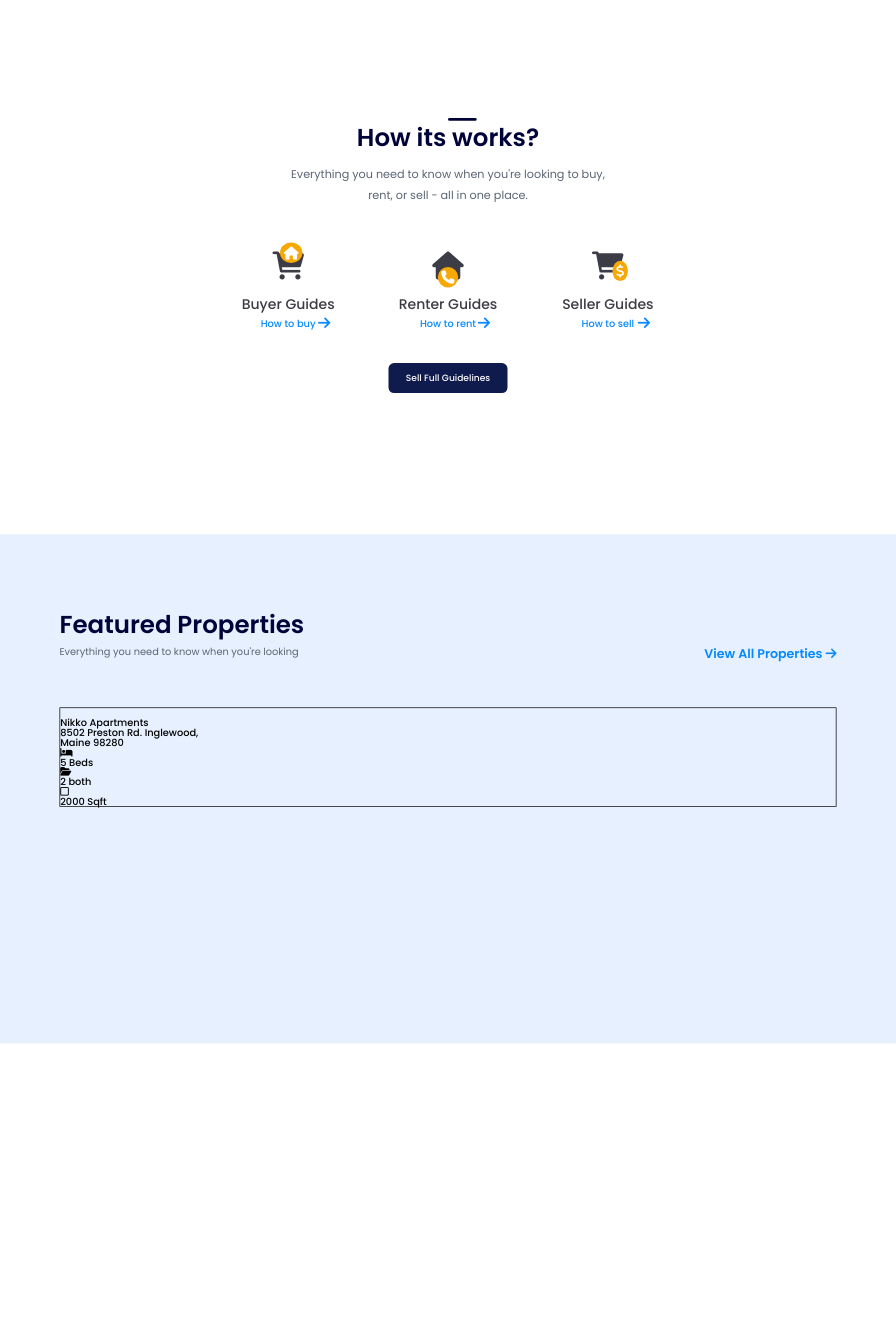
Repository: kauittt/f8-htmlcss-01
Page: index.html
The author's editor kept a copy of each file at every save. The page is drawn from the files as they stood at one save, then again after the next save.
The browser window is 1280 px wide. The pictures show the part of the page from y = 991 to 2911 px (the page is 2911 px tall), at 70% of full size.

Above is the page before, as saved 2023-01-01 10:38:53.

After the next save:
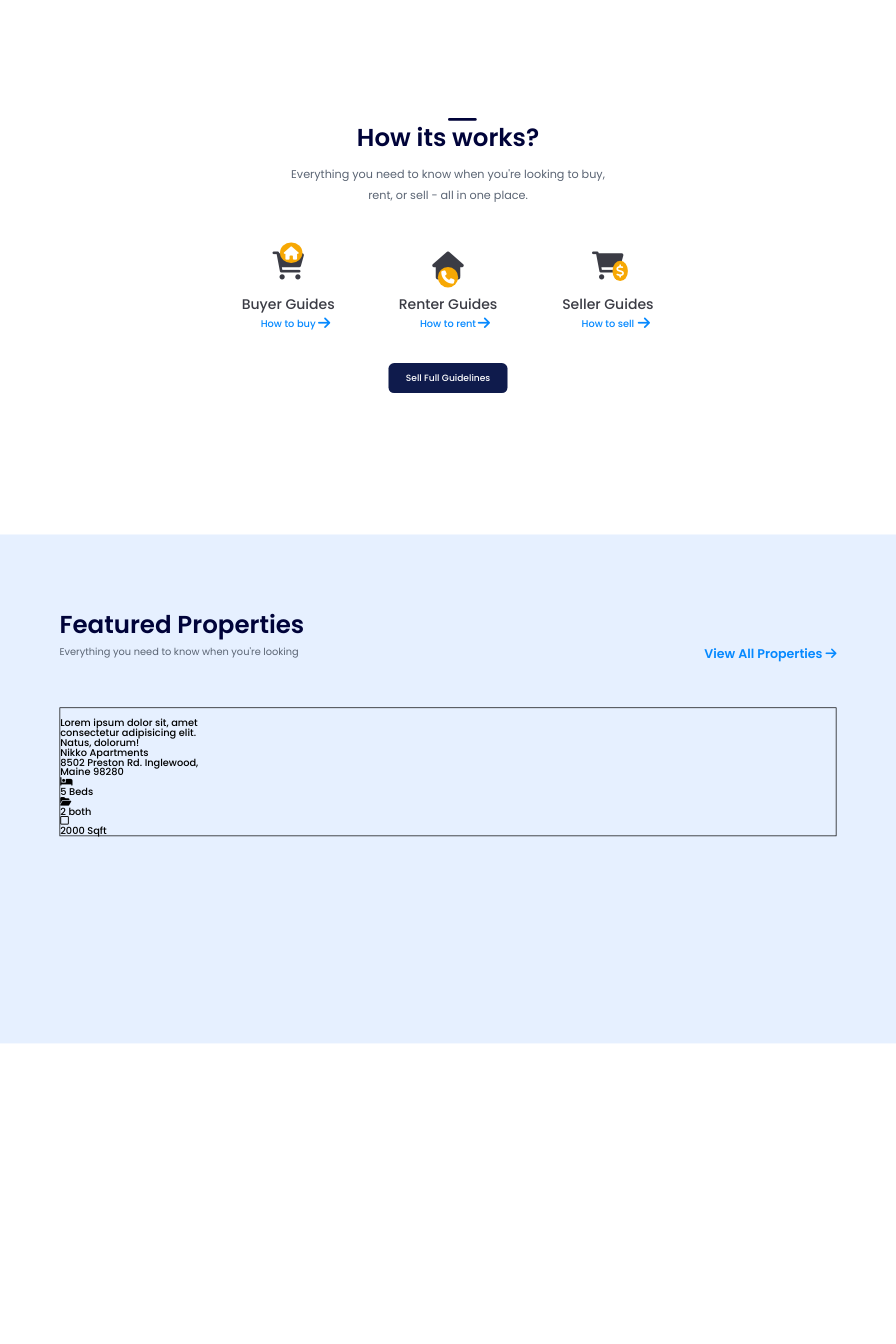
Saved 13 s later.
--- a/index.html
+++ b/index.html
@@ -157,6 +157,7 @@
                 <div class="feature-wrap">
                     <div class="feature-wrap-item">
                         <img src="" alt="" class="feature-wrap-item__img">
+                        <p>Lorem ipsum dolor sit, amet consectetur adipisicing elit. Natus, dolorum!</p>
                         <p class="feature-wrap-item__title">Nikko Apartments</p>
                         <p class="feature-wrap-item__text">8502 Preston Rd. Inglewood, Maine 98280</p>
                         <div class="feature-wrap-item-desc">

After the save that followed:
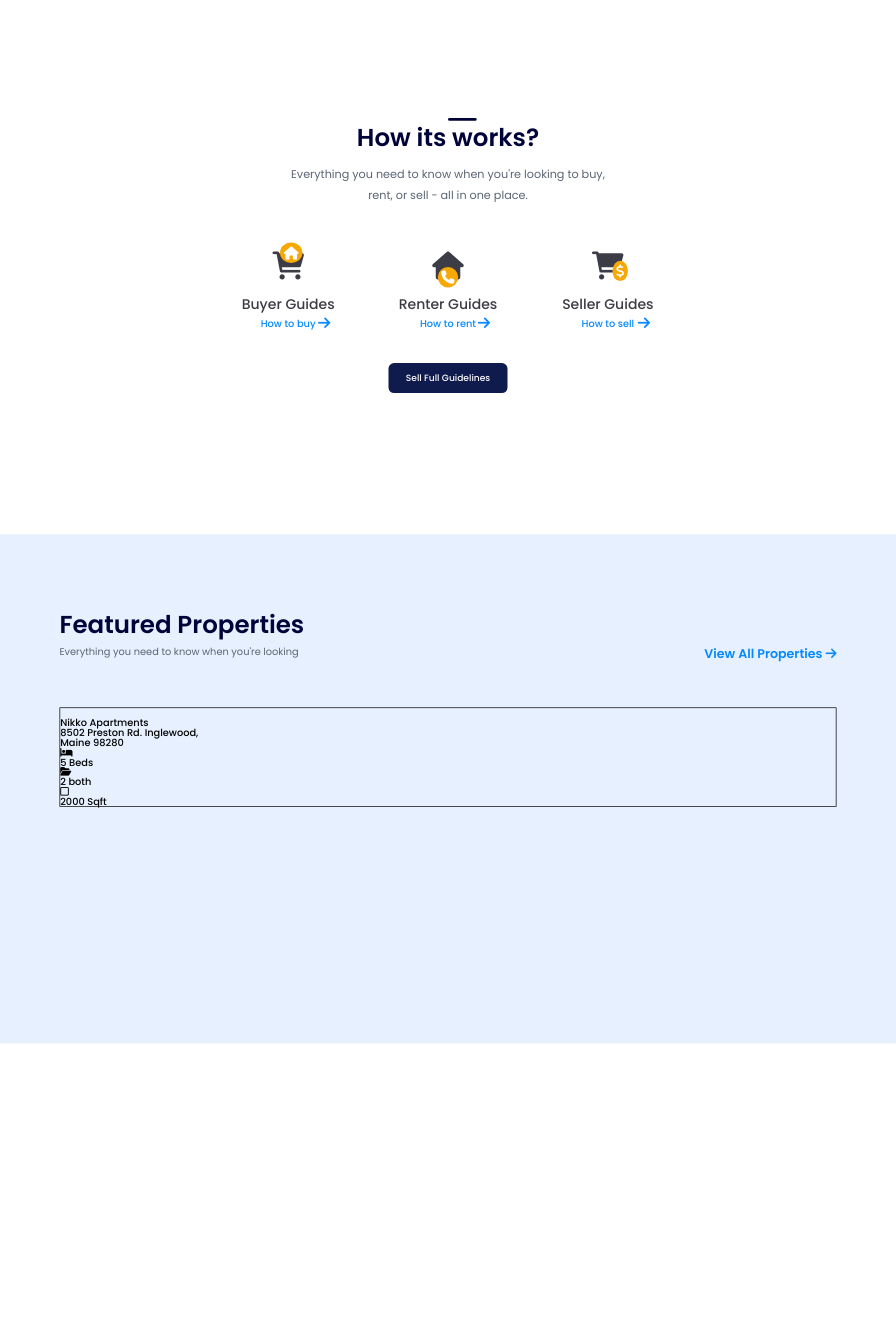
Saved 5 s later.
--- a/index.html
+++ b/index.html
@@ -157,7 +157,6 @@
                 <div class="feature-wrap">
                     <div class="feature-wrap-item">
                         <img src="" alt="" class="feature-wrap-item__img">
-                        <p>Lorem ipsum dolor sit, amet consectetur adipisicing elit. Natus, dolorum!</p>
                         <p class="feature-wrap-item__title">Nikko Apartments</p>
                         <p class="feature-wrap-item__text">8502 Preston Rd. Inglewood, Maine 98280</p>
                         <div class="feature-wrap-item-desc">
